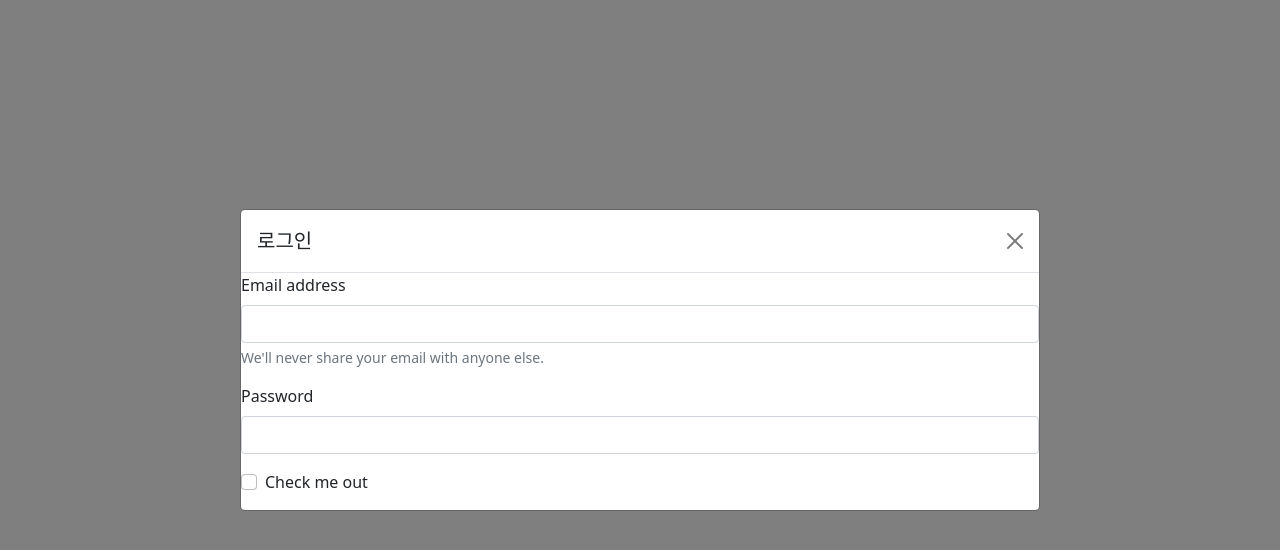
Repository: hyunha95/selfStudy
Page: http://localhost/spring-board/WEB-INF/views/member/login.jsp
These files come from the project's save history. The page is drawn as it stood at one moment and after the next save; the edit follows.
The browser window is 1280 px wide. The pictures show the whole page.
The page is served by Tomcat 9. Nobody is signed in. The template is opened directly, without the code that normally fills it, so the values that code supplies are empty.

Above is the page before, as saved 2022-01-15 07:32:06.

After the next save:
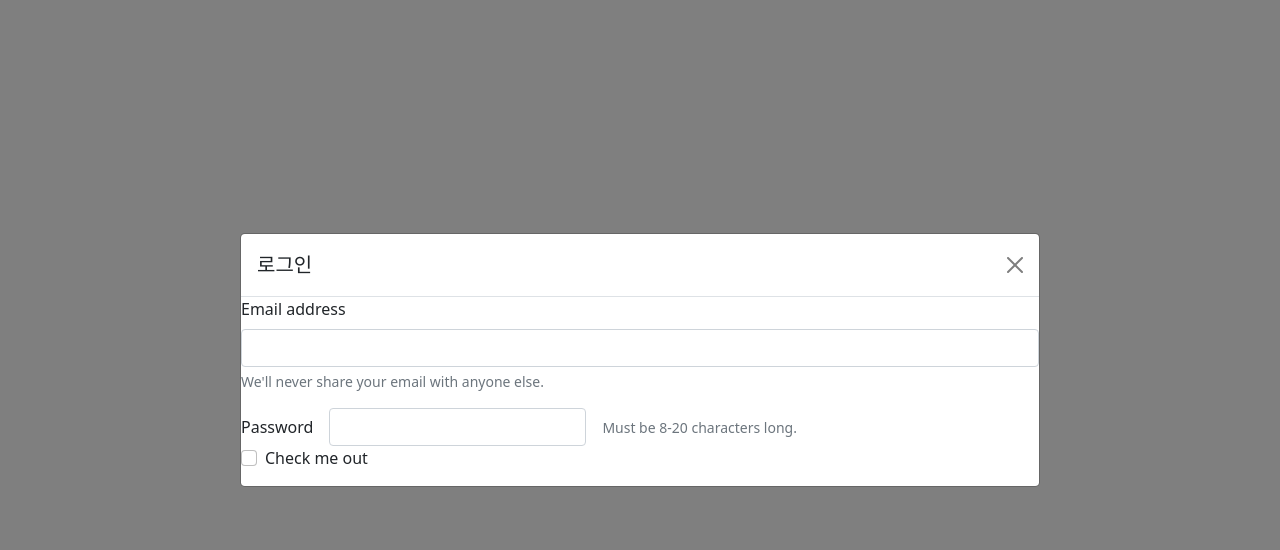
Saved 85 s later.
--- a/spring_workspace/spring-board/src/main/webapp/WEB-INF/views/member/login.jsp
+++ b/spring_workspace/spring-board/src/main/webapp/WEB-INF/views/member/login.jsp
@@ -32,14 +32,25 @@ $(() => {
 	        <button type="button" class="btn-close" data-bs-dismiss="modal" aria-label="Close"></button>
 	      </div>
 	      <form:form>
+	      <!-- 아이디 -->
 	        <div class="mb-3">
 			    <label for="exampleInputEmail1" class="form-label">Email address</label>
 			    <input type="email" class="form-control" id="exampleInputEmail1" aria-describedby="emailHelp">
 			    <div id="emailHelp" class="form-text">We'll never share your email with anyone else.</div>
 		    </div>
-			<div class="mb-3">
-			    <label for="exampleInputPassword1" class="form-label">Password</label>
-			    <input type="password" class="form-control" id="exampleInputPassword1">
+		    <!-- 비밀번호 -->
+			<div class="row g-3 align-items-center">
+				  <div class="col-auto">
+				    <label for="inputPassword6" class="col-form-label">Password</label>
+				  </div>
+				  <div class="col-auto">
+				    <input type="password" id="inputPassword6" class="form-control" aria-describedby="passwordHelpInline">
+				  </div>
+				  <div class="col-auto">
+				    <span id="passwordHelpInline" class="form-text">
+				      Must be 8-20 characters long.
+				    </span>
+				  </div>
 			</div>
 			<div class="mb-3 form-check">
 			    <input type="checkbox" class="form-check-input" id="exampleCheck1">
